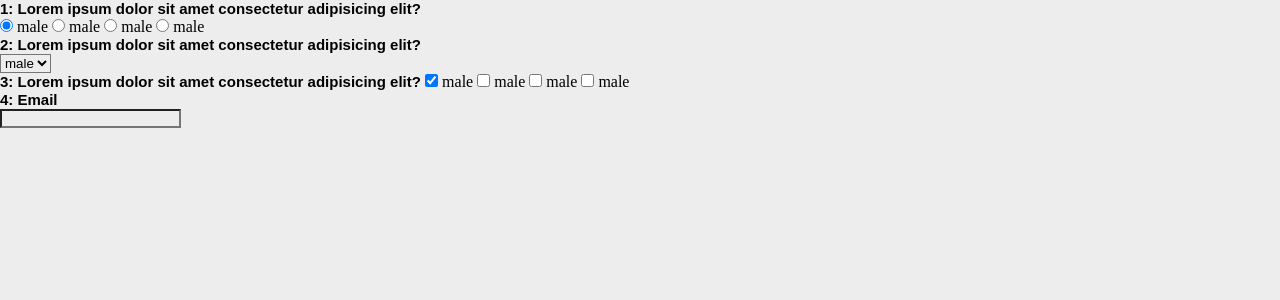
Repository: Grace229/Hasob-form
Page: index.html
An editor plug-in stored every save of this project. The page is shown before and after the next save, followed by the edit.
The browser window is 1280 px wide. The pictures show the whole page.

Above is the page before, as saved 2020-12-26 19:04:13.

After the next save:
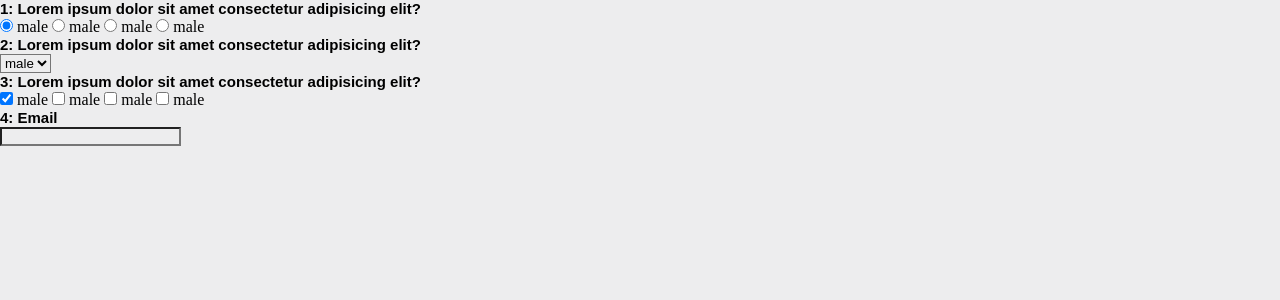
Saved 29 s later.
--- a/index.html
+++ b/index.html
@@ -36,7 +36,7 @@
         </div>
         <!-- checkboxes -->
           <div>
-            <label for="">3: Lorem ipsum dolor sit amet consectetur adipisicing elit? </label>
+            <label for="">3: Lorem ipsum dolor sit amet consectetur adipisicing elit? </label><br>
                <input type="checkbox" name="gender" value="male" class="input" checked> male
                 <input type="checkbox" name="gender" value="male" class="input"> male
                 <input type="checkbox" name="gender" value="male" class="input"> male
